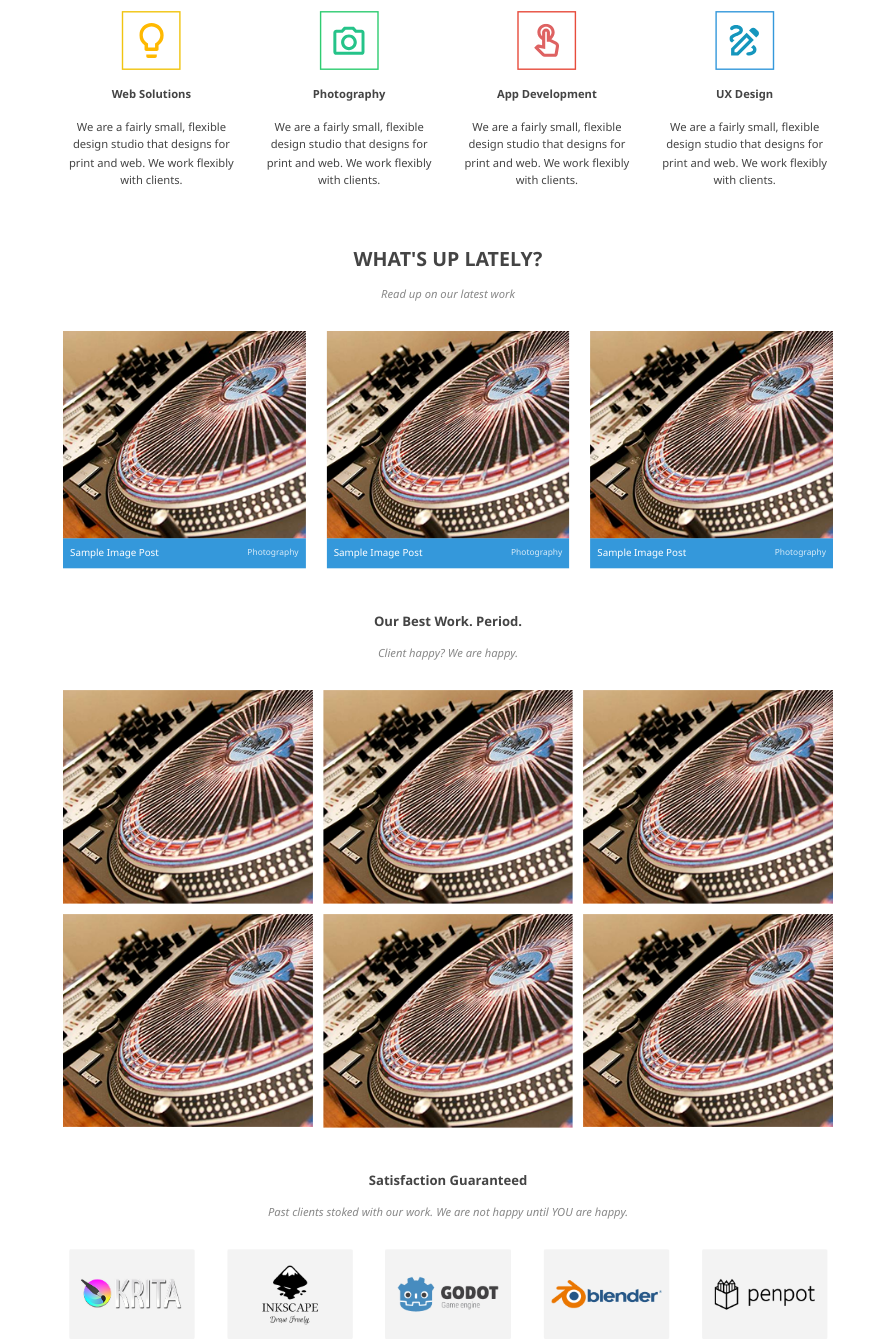
Repository: DavidYoo5/Project-1-Lab-2B-Assignment
Page: Project-1-Lab-2B-Assignment/index.html
These files come from the project's save history. The page is drawn as it stood at one moment and after the next save; the edit follows.
The browser window is 1280 px wide. The pictures show the part of the page from y = 1097 to 3017 px (the page is 3856 px tall before and 3907 px after), at 70% of full size.

Above is the page before, as saved 2026-01-28 16:40:20.

After the next save:
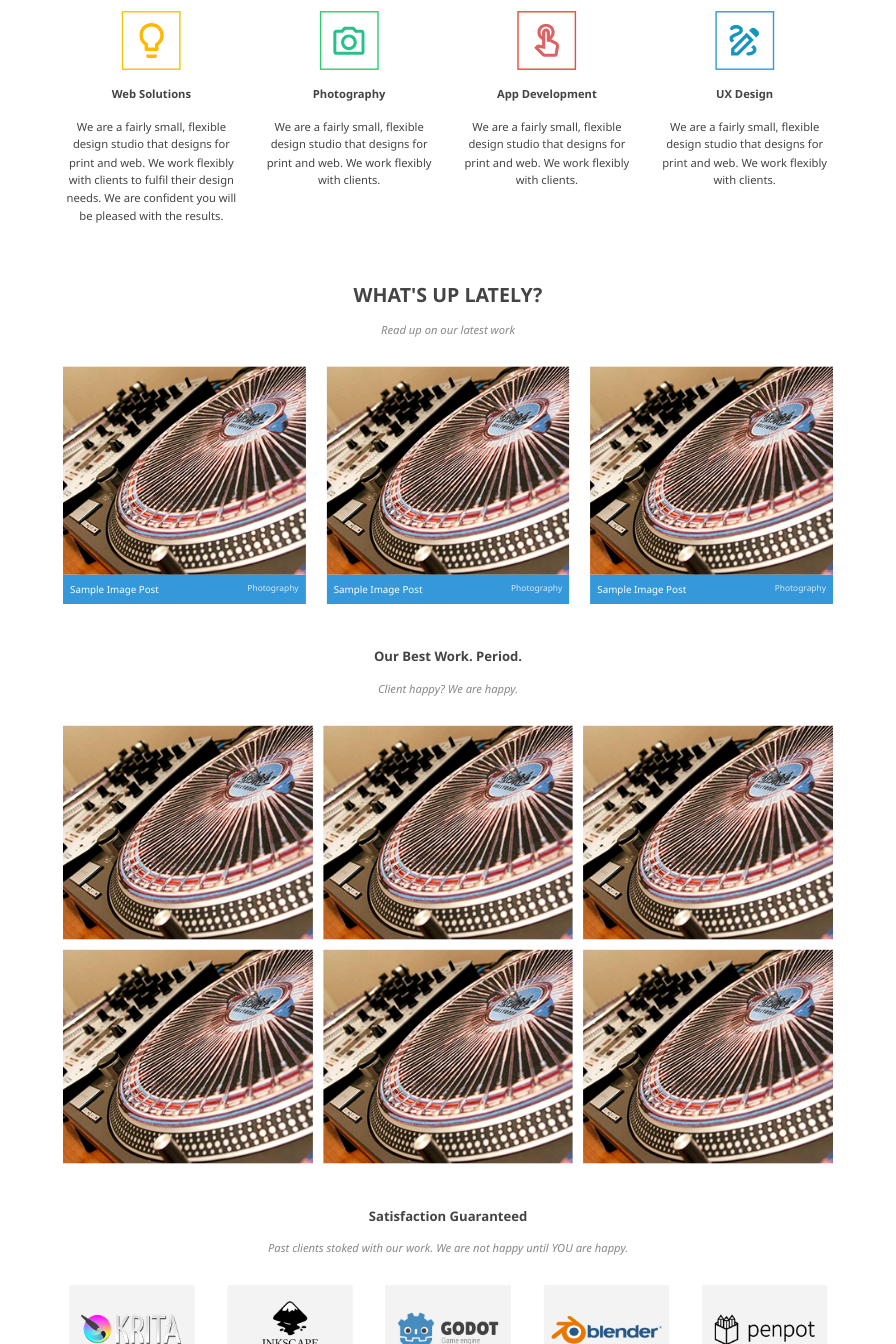
Saved 92 s later.
--- a/Project-1-Lab-2B-Assignment/index.html
+++ b/Project-1-Lab-2B-Assignment/index.html
@@ -126,7 +126,8 @@
           <h4>Web Solutions</h4>
           <p>
             We are a fairly small, flexible design studio that designs for print
-            and web. We work flexibly with clients.
+            and web. We work flexibly with clients to fulfil their design needs.
+            We are confident you will be pleased with the results.
           </p>
         </div>
         <div class="service-item">
